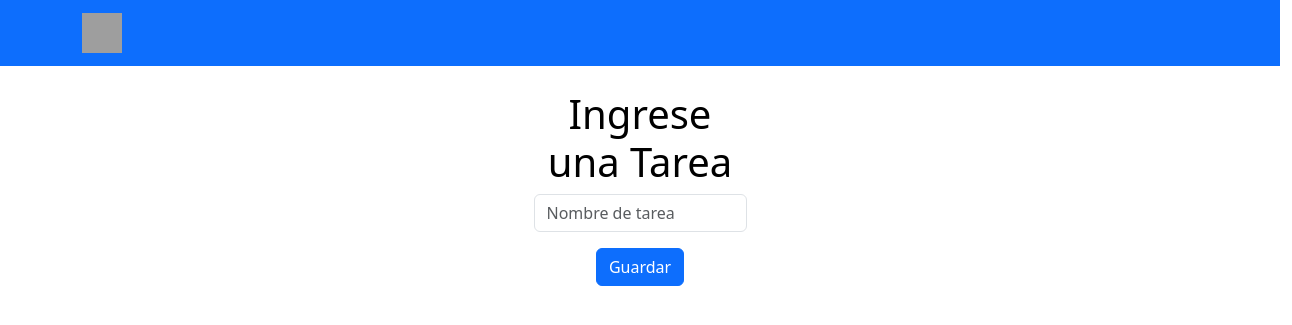
Repository: mgarrido0gb/registroTareas
Page: http://localhost/Tareas/Home
An editor plug-in stored every save of this project. The page is shown before and after the next save, followed by the edit.
The browser window is 1280 px wide. The page is 1292 px wide, so the pictures cover 1292 px, including what lies to the right of the window. The pictures show the whole page.
Pictures or frames that could not be fetched are drawn as grey boxes. The page is served by Tomcat 10. Other server files are loaded and not shown. Queries for data that is not in the repository find no rows.

Above is the page before, as saved 2024-05-21 17:07:35.

### Tareas/src/main/webapp/WEB-INF/home.jsp
<%@page import="models.Categoria"%>
<%@page import="models.Tarea"%>
<%@ page language="java" contentType="text/html; charset=ISO-8859-1"
    pageEncoding="ISO-8859-1" import="java.util.ArrayList" import="models.Tarea" import="models.Categoria"%>
<!doctype html>
<html lang="en">
  <head>
    <meta charset="utf-8">
    <meta name="viewport" content="width=device-width, initial-scale=1">
    <title>Registro Tareas</title>
    <link href="https://cdn.jsdelivr.net/npm/bootstrap@5.3.3/dist/css/bootstrap.min.css" rel="stylesheet" integrity="sha384-QWTKZyjpPEjISv5WaRU9OFeRpok6YctnYmDr5pNlyT2bRjXh0JMhjY6hW+ALEwIH" crossorigin="anonymous">
    <style type="text/css">
    	body{
    		background-color: white;
    		color: black;
    	}

    	li{
    		color: black;
    	}

    	.logotipo{
    		width: 30px;
    		height: 30px;
    	}






    </style>

  </head>
  <body>
  	<nav class="navbar bg-primary" id="nav">
  		<div class="container">
    		<a class="navbar-brand" href="#">
      			<img src="https://cdn-icons-png.flaticon.com/512/181/181627.png"  width="40" height="40">
    		</a>
  		</div>
	</nav>

    <div class="container">
    	<div class="row justify-content-center">
        	<div class="col-12 col-md-9 col-lg-3">
            	<form action="/Tareas/Home" method="post">
                	<div class="p-4">
                    	<h1 class="text-center">Ingrese una Tarea</h1>
                    	<div class="form-group">
                        	<input class="form-control" placeholder="Nombre de tarea" name="texto" type="text" required>
                    	</div>
                    	<div class="text-center mt-3">
                        	<input type="submit" value="Guardar" class="btn btn-primary">
                    	</div>
                	</div>
            	</form>
        	</div>
    	</div>
	</div>


   <div class="row">
   		<div class="col-6 offset-3 d-block m-auto m-0 p-2 col-md-9">
   			 <%
    			ArrayList<Tarea> tareas = (ArrayList<Tarea>)request.getAttribute("tareas");
    		%>

    			<% for (Tarea t: tareas) { %>
    				<ul class="list-group">
    					<li <% if (t.completada == true){ %>class="text-decoration-line-through text-danger"<% } %> class="list-group-item">
    		 				<%=t.texto %> (creada en: <%=t.fecha %>)
    		 				<a href="/Tareas/CheckearTarea?id=<%=t.id%>"><img src="https://img.icons8.com/?size=48&id=sz8cPVwzLrMP&format=png" class="logotipo"></img></a>
    		 				<a href="/Tareas/GestionTarea?id=<%=t.id%>"><img src="https://img.icons8.com/?size=48&id=pre7LivdxKxJ&format=png" class="logotipo"></img></a>
    					</li>
    				<br>
    			<%}%>
    		</ul>

   		</div>
   </div>
    <script src="https://cdn.jsdelivr.net/npm/bootstrap@5.3.3/dist/js/bootstrap.bundle.min.js" integrity="sha384-YvpcrYf0tY3lHB60NNkmXc5s9fDVZLESaAA55NDzOxhy9GkcIdslK1eN7N6jIeHz" crossorigin="anonymous"></script>
  </body>
</html>

### Tareas/src/main/java/servlets/Home.java
package servlets;

import jakarta.servlet.RequestDispatcher;
import jakarta.servlet.ServletException;
import jakarta.servlet.annotation.WebServlet;
import jakarta.servlet.http.HttpServlet;
import jakarta.servlet.http.HttpServletRequest;
import jakarta.servlet.http.HttpServletResponse;
import models.Categoria;
import models.Tarea;

import java.io.IOException;
import java.sql.SQLException;
import java.util.ArrayList;

import daos.CategoriaDao;
import daos.TareaDao;


/**
 * Servlet implementation class Home
 */
public class Home extends HttpServlet {
	private static final long serialVersionUID = 1L;

    /**
     * Default constructor.
     */
    public Home() {
        // TODO Auto-generated constructor stub
    }

	/**
	 * @throws IOException
	 * @throws ServletException
	 * @see HttpServlet#doGet(HttpServletRequest request, HttpServletResponse response)
	 */
	protected void doGet(HttpServletRequest request, HttpServletResponse response) throws ServletException, IOException  {
		// TODO Auto-generated method stub
		try {
			ArrayList<Tarea> tareas = TareaDao.getAll();
			System.out.println(tareas);
			request.setAttribute("tareas", tareas);

			ArrayList<Categoria> cats = CategoriaDao.getAll();
			request.setAttribute("cats", cats);
		} catch(SQLException e) {
			System.out.println(e);
		}


		// 2. Cargamos el JSP
		RequestDispatcher vista = request.getRequestDispatcher("WEB-INF/home.jsp");
		vista.forward(request, response);
	}

	/**
	 * @see HttpServlet#doPost(HttpServletRequest request, HttpServletResponse response)
	 */
	protected void doPost(HttpServletRequest request, HttpServletResponse response) throws ServletException, IOException {
		// TODO Auto-generated method stub
		String textoNuevaTarea = request.getParameter("texto");
		try {
			TareaDao.addNew(textoNuevaTarea);

		} catch (SQLException e) {
			// TODO Auto-generated catch block
			e.printStackTrace();
		}


		response.sendRedirect("/Tareas/Home");
	}

}

### Tareas/src/main/java/daos/TareaDao.java
package daos;

import java.sql.Connection;
import java.sql.PreparedStatement;
import java.sql.ResultSet;
import java.sql.SQLException;
import java.sql.Statement;
import java.util.ArrayList;

import models.Categoria;
import models.MyConn;
import models.Tarea;

public class TareaDao {

	static public void addNew(String textoNuevaTarea) throws SQLException {
		//1.-  nueva conexion
		Connection conn = MyConn.getConnection();
		//2.- consulta
		PreparedStatement consulta =conn.prepareStatement("INSERT INTO TAREAS (texto) values(?)");
		consulta.setString(1, textoNuevaTarea);
		consulta.execute();
	}

	static public void deleteById (int idTarea) throws SQLException {
		// 1. Pedimos una conexion nueva
		Connection conn = MyConn.getConnection();
		// 2. Creamos la consulta
		PreparedStatement stmt = conn.prepareStatement(
			"delete from tareas where id=?"
		);
		stmt.setInt(1, idTarea);
		// 3. Ejecutar la stmt
		stmt.executeUpdate();
	  }

	static public void checkById (int idTarea) throws SQLException {
		// 1. Pedimos una conexion nueva
		Connection conn = MyConn.getConnection();
		// 2. Creamos la consulta
		PreparedStatement stmt = conn.prepareStatement(
			"update tareas set completada = true where id = ?"
		);
		stmt.setInt(1, idTarea);
		// 3. Ejecutar la stmt
		stmt.executeUpdate();
	  }





	static public ArrayList<String> get_textos () throws SQLException {
		// 1. Creamos un ArrayList vacío
		ArrayList<String> textos = new ArrayList<String>();
		// 2. Pedimos una conección nueva
		Connection conn = MyConn.getConnection();
		// 3. Creamos y ejecutamos la consulta
		Statement consulta = conn.createStatement();
		ResultSet respuesta = consulta.executeQuery("select * from tareas");

		// 4. Vamos llenando el ArrayList con lo que tenga la respuesta
		while (respuesta.next()) {
		  textos.add( respuesta.getString("texto") );
		}
		// 5. Retornamos el ArrayList, ahora lleno
		return textos;
	  }



	static public ArrayList<Tarea> getAll () throws SQLException {
		// 1. Creamos un ArrayList vacío
		ArrayList<Tarea> tareas = new ArrayList<Tarea>();
		// 2. Pedimos una conección nueva
		Connection conn = MyConn.getConnection();
		// 3. Creamos y ejecutamos la consulta
		Statement consulta = conn.createStatement();
		ResultSet respuesta = consulta.executeQuery("select * from tareas");

		// 4. Vamos llenando el ArrayList con lo que tenga la respuesta
		while (respuesta.next()) {
			Tarea t = new Tarea(
					respuesta.getInt("id"),
					respuesta.getString("texto"),
					respuesta.getBoolean("completada"),
					respuesta.getDate("fecha")

			);
		  tareas.add(t);
		}
		return tareas;
	  }
}

### Tareas/src/main/java/models/MyConn.java
package models;

import java.sql.Connection;
import java.sql.DriverManager;
import java.sql.SQLException;

public class MyConn {
	static final String URL = "jdbc:postgresql://localhost/ejemplo_dao";
	static final String USER = "postgres";
	static final String PASSWORD = "12345";
	static final String DRIVER = "org.postgresql.Driver";

	static public Connection conn = null;

    static public Connection getConnection () {
      if (conn != null) {
        return conn;
      }
      try {
    	Class.forName(DRIVER);
    	conn = (Connection) DriverManager.getConnection(URL, USER, PASSWORD);
      }
      catch (ClassNotFoundException | SQLException e) {
    	e.printStackTrace();
      }
      return conn;
    }
}

### Tareas/src/main/java/daos/CategoriaDao.java
package daos;

import java.sql.Connection;
import java.sql.ResultSet;
import java.sql.SQLException;
import java.sql.Statement;
import java.util.ArrayList;

import models.Categoria;
import models.MyConn;


public class CategoriaDao {
	static public ArrayList<Categoria> getAll () throws SQLException {
		// 1. Creamos un ArrayList vacío
		ArrayList<Categoria> categorias = new ArrayList<Categoria>();
		// 2. Pedimos una conección nueva
		Connection conn = MyConn.getConnection();
		// 3. Creamos y ejecutamos la consulta
		Statement consulta = conn.createStatement();
		ResultSet respuesta = consulta.executeQuery("select * from categoria order by id");

		// 4. Vamos llenando el ArrayList con lo que tenga la respuesta
		while (respuesta.next()) {
			Categoria c = new Categoria(
					respuesta.getInt("id"),
					respuesta.getString("nombre")

			);
		  categorias.add(c);
		}
		return categorias;
	  }
}

After the next save:
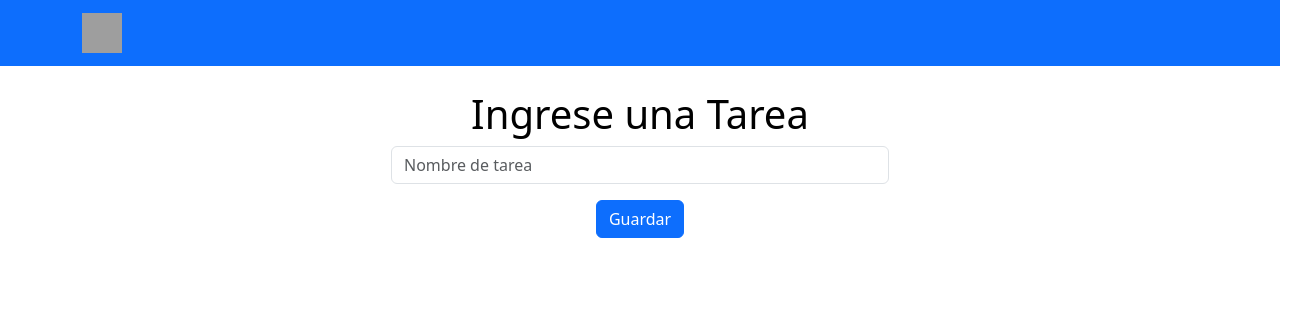
Saved 15 s later.
--- a/Tareas/src/main/webapp/WEB-INF/home.jsp
+++ b/Tareas/src/main/webapp/WEB-INF/home.jsp
@@ -43,7 +43,7 @@
 
     <div class="container">
     	<div class="row justify-content-center">
-        	<div class="col-12 col-md-9 col-lg-3">
+        	<div class="col-12 col-md-9 col-lg-6">
             	<form action="/Tareas/Home" method="post">
                 	<div class="p-4">
                     	<h1 class="text-center">Ingrese una Tarea</h1>

After the save that followed:
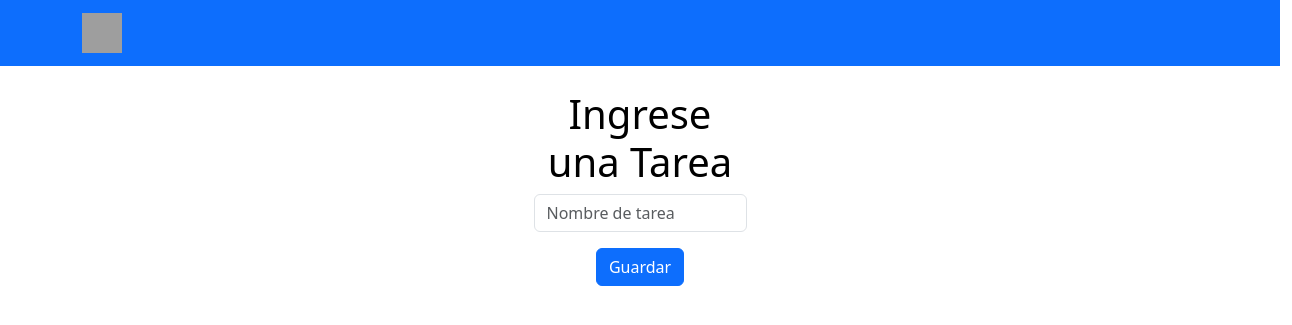
Saved 64 s later.
--- a/Tareas/src/main/webapp/WEB-INF/home.jsp
+++ b/Tareas/src/main/webapp/WEB-INF/home.jsp
@@ -43,7 +43,7 @@
 
     <div class="container">
     	<div class="row justify-content-center">
-        	<div class="col-12 col-md-9 col-lg-6">
+        	<div class="col-12 col-md-9 col-lg-3">
             	<form action="/Tareas/Home" method="post">
                 	<div class="p-4">
                     	<h1 class="text-center">Ingrese una Tarea</h1>
